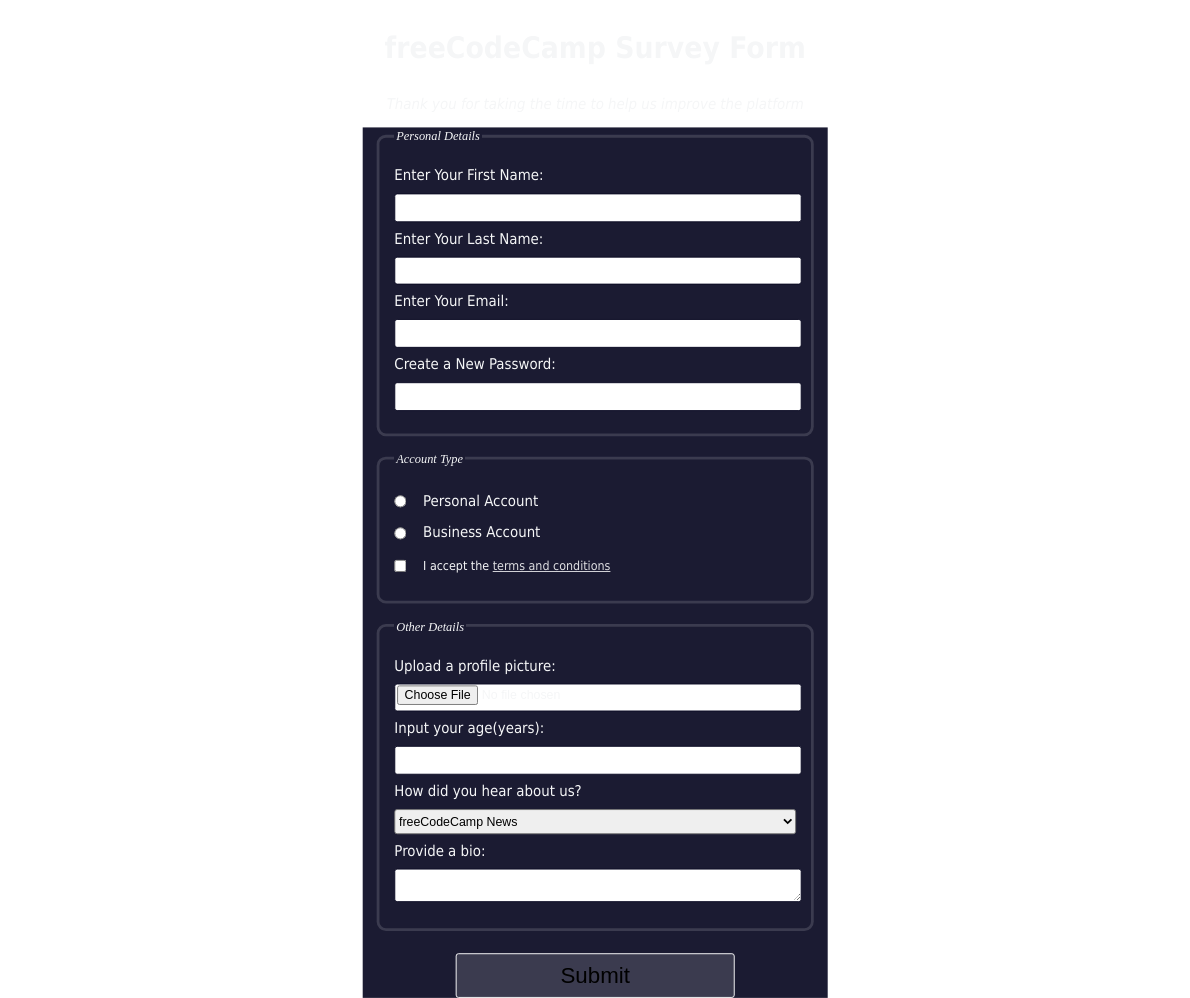
Repository: Lungdjos/survey_form_certification
Page: index.html
The author's editor kept a copy of each file at every save. The page is drawn from the files as they stood at one save, then again after the next save.
The browser window is 1280 px wide. The pictures show the whole page, at 93% of full size.

Above is the page before, as saved 2023-09-30 02:04:28.

After the next save:
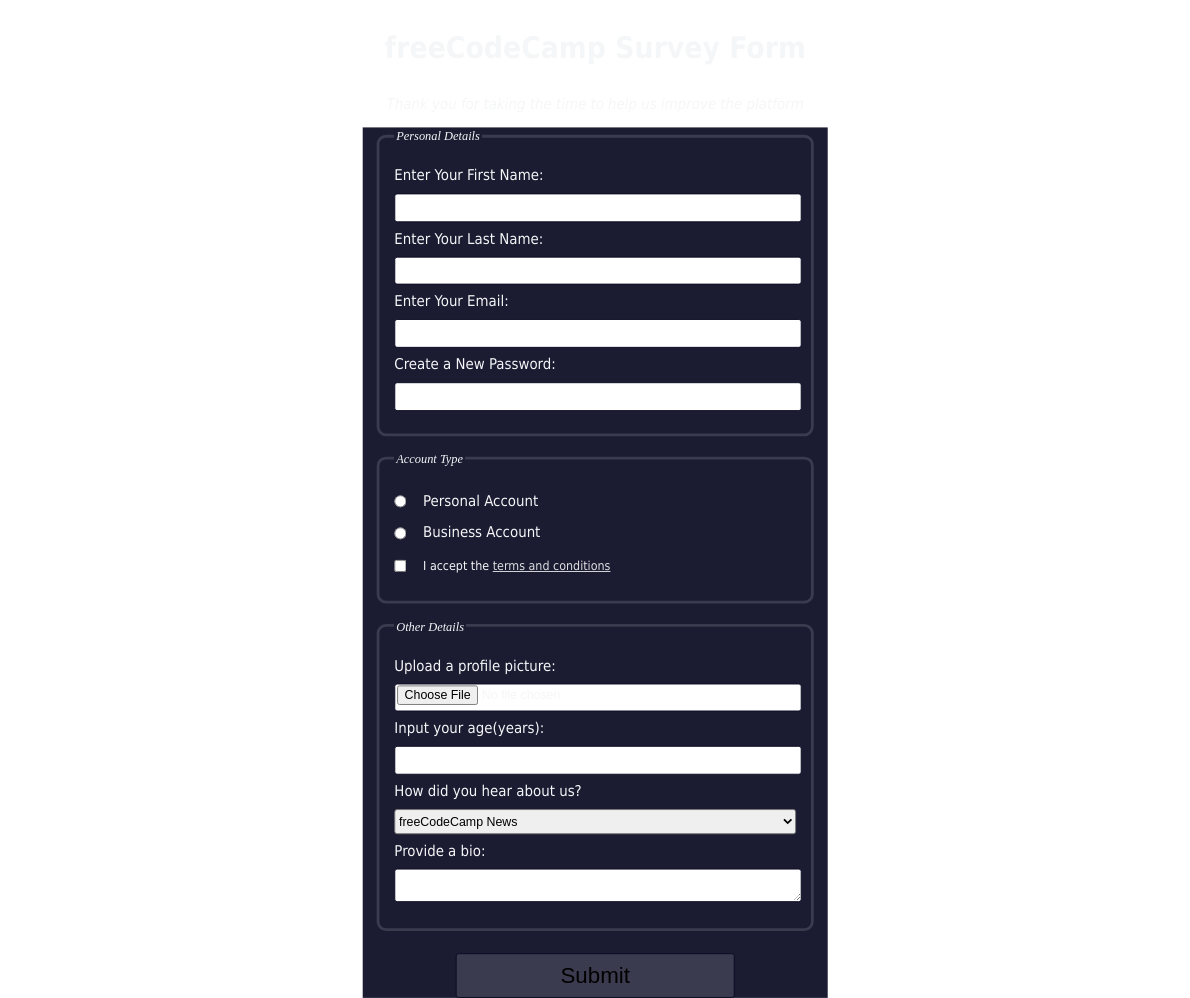
Saved 60 s later.
--- a/styles.css
+++ b/styles.css
@@ -110,7 +110,7 @@
     height: 2em;
     font-size: 1.5rem;
     background-color: #3b3b4f;
-    border-color: white;
+    color: border-color: white;
     min-width: 1em;
 }
 

After the save that followed:
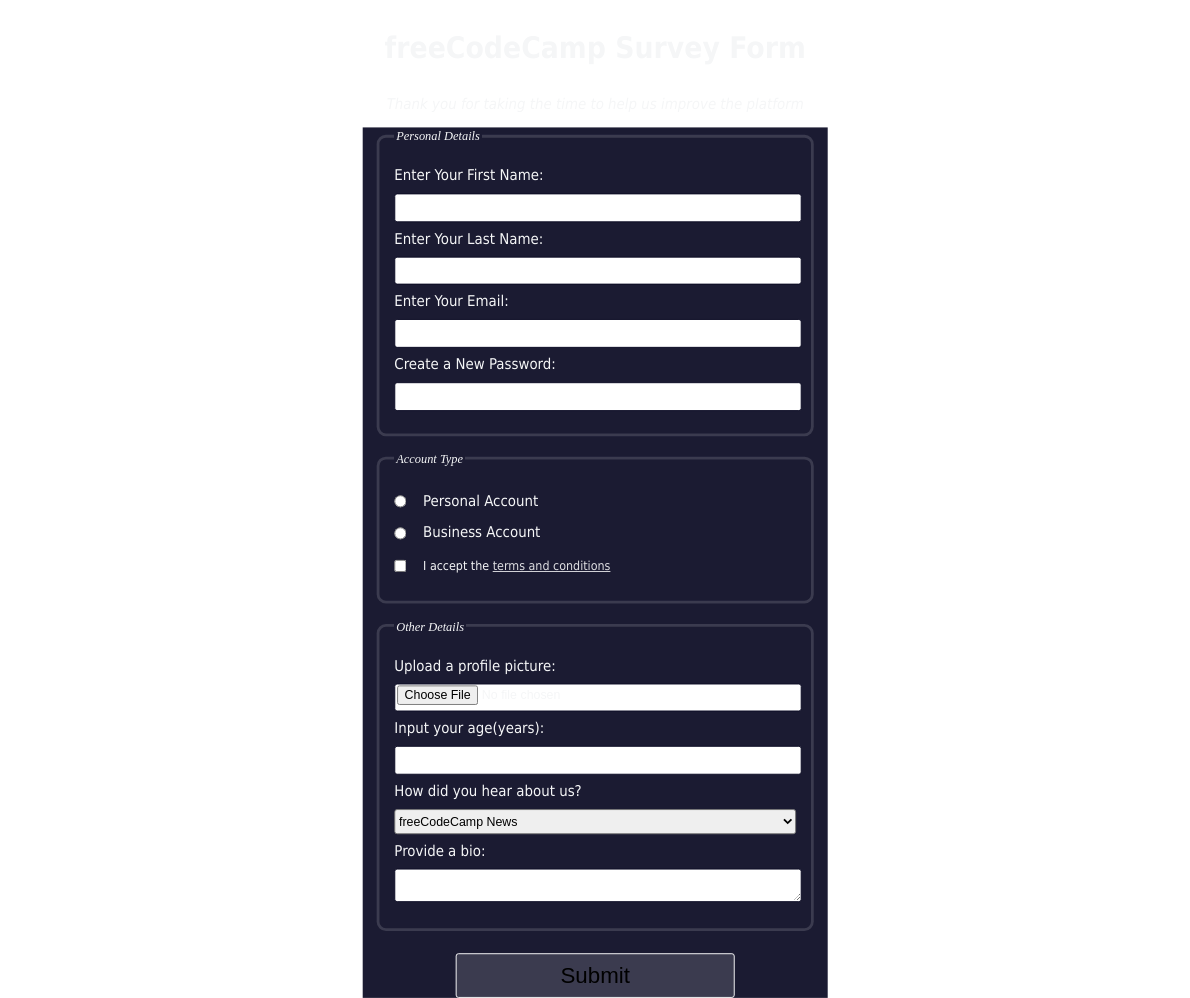
Saved 4 s later.
--- a/styles.css
+++ b/styles.css
@@ -110,7 +110,8 @@
     height: 2em;
     font-size: 1.5rem;
     background-color: #3b3b4f;
-    color: border-color: white;
+    color: ;
+    border-color: white;
     min-width: 1em;
 }
 
